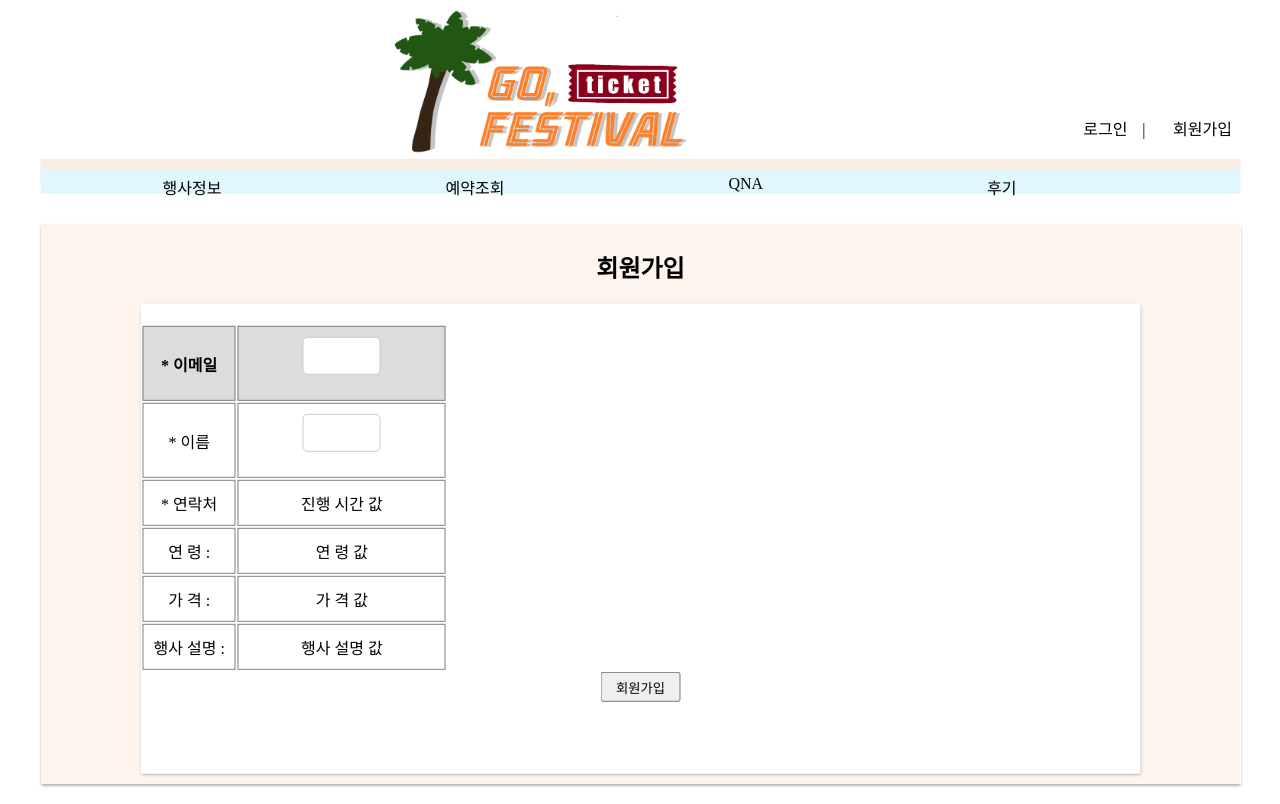
Repository: Changgyu1/Chang_Gu
Page: http://localhost/Project/register.jsp
These files come from the project's save history. The page is drawn as it stood at one moment and after the next save; the edit follows.
The browser window is 1280 px wide. The pictures show the whole page.
Some web fonts or font styles are not loaded; a fallback is used. The page is served by Tomcat 9. Other server files are loaded and not shown.

Above is the page before, as saved 2023-11-14 04:01:55.

### Project/src/main/webapp/register.jsp
<%@ page language="java" contentType="text/html; charset=UTF-8"
	pageEncoding="UTF-8"%>
<%@ page import="register.event.registerDAO"%>
<%@ page import="register.event.registerDTO"%>
<%@ page import="java.io.PrintWriter"%>
<!DOCTYPE html>
<html lang="UTF-8">
<head>
<meta charset="UTF-8">
<meta name="viewport" content="width=device-width, initial-scale=1.0">
<title>예약</title>
<link rel="stylesheet" type="text/css" href="./hjCss/main.css">
<link rel="stylesheet" type="text/css"
	href="./hjCss/reservationSearch.css">
	<style>

	</style>
</head>
<body>
	<div id="wrapper">
		<!--로고이미지-->
		<img src="./image/로고1.png" id="logo">
		<!--로그인 버튼-->
		<div style="text-align: right; width: 1215px;">
			<%
			if (session.getAttribute("email") != null) {
			%>
			<button type="button" onclick="location.href='logout.jsp'"
				style="width: 75px;">로그아웃</button>
			<h>|</h>
			<button type="button"
				onclick="location.href='mypageServlet?email=<%=session.getAttribute("email")%>'"
				style="width: 100px;">마이페이지</button>
			<%
			} else {
			%>
			<button type="button" onclick="location.href='login.jsp'"
				style="width: 60px;">로그인</button>
			<h>|</h>
			<button type="button" onclick="location.href='join.jsp'"
				style="width: 100px;">회원가입</button>
			<%
			}
			%>

		</div>

		<!-- 메뉴바 -->
		<div id="buttons">
			<ul>
				<li onclick="location.href='review_list.jsp'">후기</li>
				<li onclick="location.href='Qna_List.jsp'">QNA</li>
				<li onclick="location.href='reservation_search.jsp'">예약조회</li>
				<li onclick="location.href='Event_List.jsp'">행사정보</li>
			</ul>
		</div>
		<!-- 가운데 가장 큰 박스 -->
		<div id="background">

			<h2 style="padding-top: 15px">회원가입</h2>
			<!-- 안에 글넣는 하얀 박스-->
			<div id="reviewbox">
				<!-- 회원가입 -->
				<form action="register" method="post" onsubmit="return Check()">
					<table>
						<thead class="registerInfo">
							<tr>
								<th>* 이메일</th>
								<th><input type="email" id="email" name="email" required></th>
							</tr>
						</thead>
						<tbody>
							<tr>
								<td>* 이름</td>
								<td><input type="text" id="name" name="name" required> </td>
							</tr>
							<tr>
								<td>* 연락처</td>
								<td>진행 시간 값</td>
							</tr>
							<tr>
								<td>연 령 :</td>
								<td>연 령 값</td>
							</tr>
							<tr>
								<td>가 격 :</td>
								<td>가 격 값</td>
							</tr>
							<tr>
								<td>행사 설명 :</td>
								<td>행사 설명 값</td>
							</tr>
						</tbody>
					</table>
					<input type="submit" onclick="Check()" value="회원가입"
						style="width: 80px; height: 30px;">
				</form>
			</div>
		</div>

	</div>
</body>
</html>

### Project/src/main/webapp/hjCss/main.css
@font-face {
    font-family: 'NanumSquareNeo-Variable';
    src: url('https://cdn.jsdelivr.net/gh/projectnoonnu/noonfonts_11-01@1.0/NanumSquareNeo-Variable.woff2') format('woff2');
    font-weight: normal;
    font-style: normal;
}

    *{
    font-family: 'NanumSquareNeo-Variable';
    }

     body{
 	   	 position: absolute;
            padding: 20px;
            top: 50%;
            left: 50%;
            transform: translate(-50%, -50%);
    }



    #logo{
        width:300px;
        margin-left:350px;
        margin-bottom:-56px;
        margin-top:50px;
    }


       #searchbox{
     margin-right:100px;
        }


    #buttons{
        background:rgba(150, 230, 248, 0.295);
        height: 25px;
        width: 1200px;
        box-shadow: 0px -10px 0px rgba(249, 220, 201, 0.575);
        margin-top: 25px;

    }

    button{
        border:none;
        background:none;
        margin: 3px;
        font-size: 16px;
        width: 250px;

    }

    #background{
        background-color:rgba(249, 220, 201, 0.326);
        width: 1200px;
        height: 550px;
        margin-top: 30px;

        box-shadow: 0px 2px 3px rgb(161, 160, 159);
        padding-top:10px;

    }



    #reviewbox{

    	padding-top:20px;
    	max-width: 1000px;
        height: 450px;
        margin-left:auto;
        margin-right:auto;
        background-color: #ffffff;
        text-align:center;
        box-shadow: 0px 1px 3px rgb(161, 160, 159);
        margin-top : 20px;


    }


    #review{
    margin:10px;
    width:700px;
    height:250px;

    }

    #review_title{
    margin:10px;
     width:700px;
    height:30px;

    }



    h2{
    font-family: 'NanumSquareNeo-Variable';
 	margin-top:0px;
    text-align: center;
    }


    #list{

            background-color: rgba(149, 150, 149, 0.055);
            border: 1px solid gray;
            border-collapse: collapse;
            padding: 10px;
            width:900px;
            text-align: center;
            margin-left:auto;
   			margin-right:auto;

        }


        th{

            background-color: rgba(161, 161, 161, 0.377);

        }

        th,td{

            border: 1px solid gray;
            padding: 10px;
        }

        #textbox{
        margin-right:100px;
        }

ul{
	list-style:none;
}

### Project/src/main/webapp/hjCss/reservationSearch.css


/* 입력 필드 스타일 */
input[type="text"],
input[type="email"],
 input[type="password"]{
    width: 30%;
    padding: 10px;
    margin-bottom: 15px;
    border: 1px solid #ccc;
    border-radius: 5px;
}


li{
		float:right;
		margin: 6px 224px 0px 0;
}


div#r_search {
    margin-top: 123px;
}

li#info{
	list-style:none;

}

After the next save:
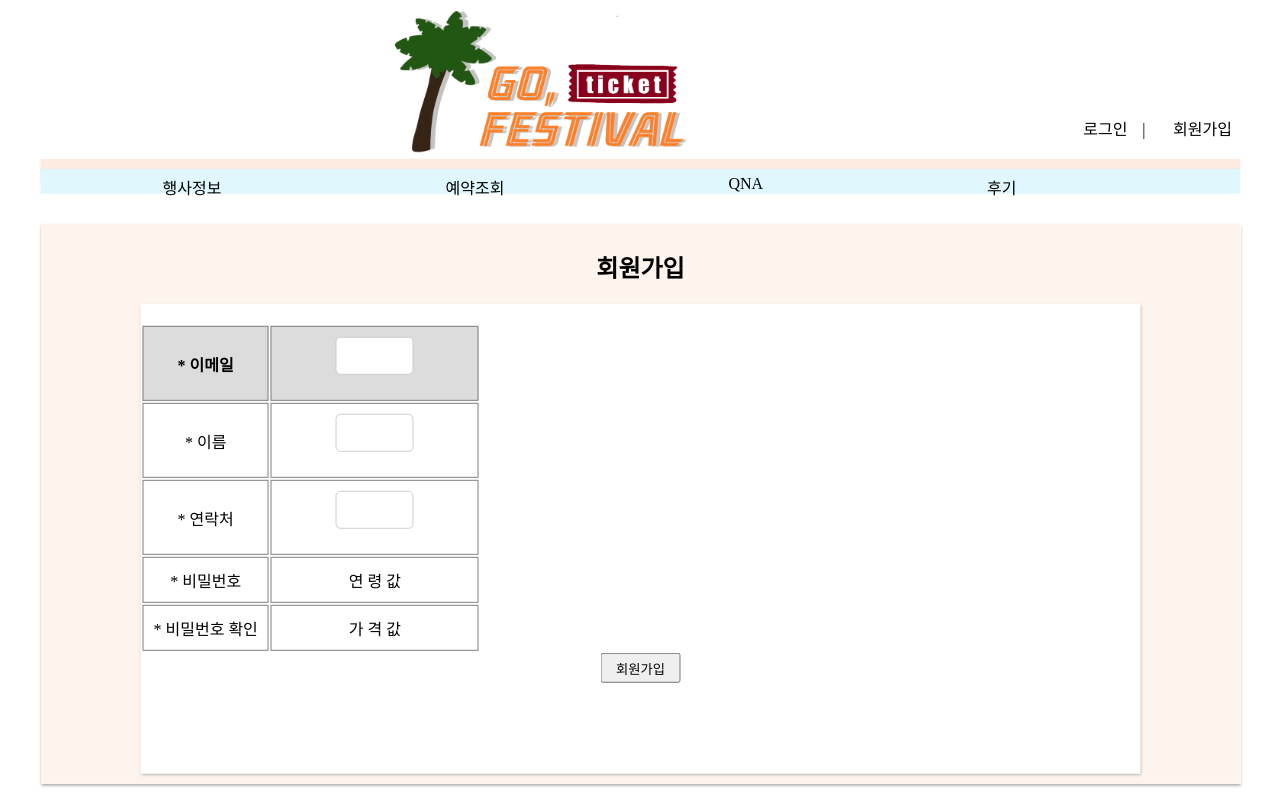
Saved 56 s later.
--- a/Project/src/main/webapp/register.jsp
+++ b/Project/src/main/webapp/register.jsp
@@ -76,19 +76,15 @@
 							</tr>
 							<tr>
 								<td>* 연락처</td>
-								<td>진행 시간 값</td>
+								<td><input type="text" id="phonenumber" name="phonenumber" required></td>
 							</tr>
 							<tr>
-								<td>연 령 :</td>
+								<td>* 비밀번호</td>
 								<td>연 령 값</td>
 							</tr>
 							<tr>
-								<td>가 격 :</td>
+								<td>* 비밀번호 확인</td>
 								<td>가 격 값</td>
-							</tr>
-							<tr>
-								<td>행사 설명 :</td>
-								<td>행사 설명 값</td>
 							</tr>
 						</tbody>
 					</table>
